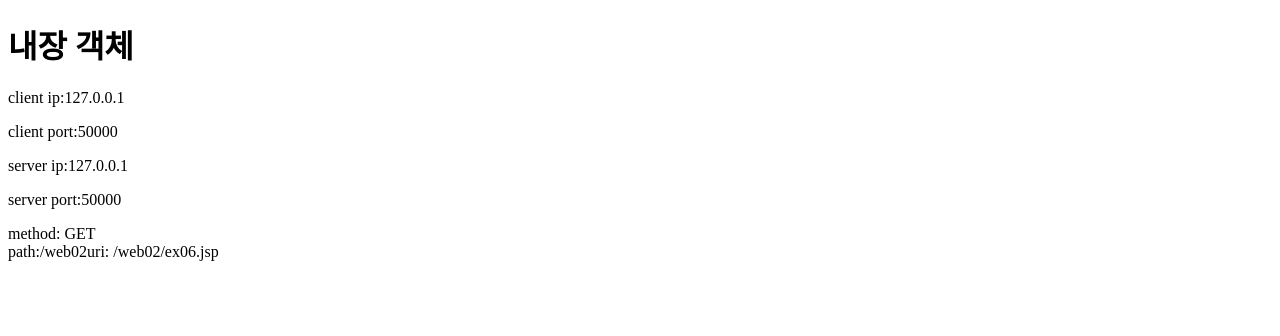
Repository: hwa3845/fullstackjava
Page: http://localhost/web02/ex06.jsp
An editor plug-in stored every save of this project. The page is shown before and after the next save, followed by the edit.
The browser window is 1280 px wide. The pictures show the whole page.
The page is served by Tomcat 9.

Above is the page before, as saved 2025-04-15 03:18:19.

### webWorkspace/web02/WebContent/ex06.jsp
<%@ page language="java" contentType="text/html; charset=UTF-8"
    pageEncoding="UTF-8"%>
<!DOCTYPE html PUBLIC "-//W3C//DTD HTML 4.01 Transitional//EN" "http://www.w3.org/TR/html4/loose.dtd">
<html>
<head>
<meta http-equiv="Content-Type" content="text/html; charset=UTF-8">
<title>Insert title here</title>
</head>
<body>
<h1>내장 객체</h1>
<%
String addr=request.getRemoteAddr();
out.print("<p>client ip:"+addr+"</p>"); //내 IP 주소
int port=request.getRemotePort();
out.print("<p>client port:"+port+"</p>"); //브라우저가 사용하는 동적 포트

String addr2=request.getServerName();
out.print("<p>server ip:"+addr+"</p>"); //서버측 IP 주소
int port2=request.getServerPort();
out.print("<p>server port:"+port+"</p>");	//서버의 포트번호

String method=request.getMethod();
out.print("method: "+method+"<br>");	//get 방식(주소로), post 방식(header 부분 안에 숨겨서)
String path=request.getContextPath();
String url=request.getRequestURI();
out.print("path:"+path);
out.print("uri: "+url);
%>
</body>
</html>

After the next save:
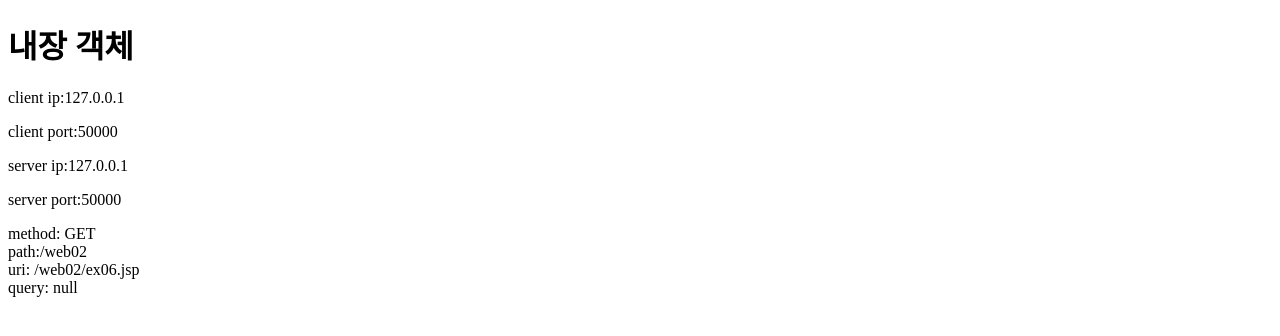
Saved 40 s later.
--- a/webWorkspace/web02/WebContent/ex06.jsp
+++ b/webWorkspace/web02/WebContent/ex06.jsp
@@ -23,8 +23,10 @@ String method=request.getMethod();
 out.print("method: "+method+"<br>");	//get 방식(주소로), post 방식(header 부분 안에 숨겨서)
 String path=request.getContextPath();
 String url=request.getRequestURI();
-out.print("path:"+path);
-out.print("uri: "+url);
+String query=request.getQueryString();
+out.print("path:"+path+"<br>");
+out.print("uri: "+url+"<br>");
+out.print("query: "+query+"<br>");
 %>
 </body>
 </html>
